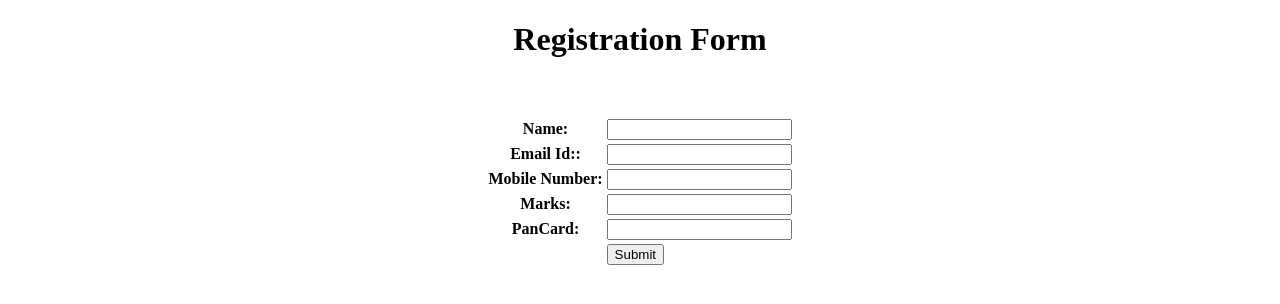
Repository: poojagupta18/Practice-Java
Page: http://localhost/MyOnlineInterviewProcess/RegistrationPortal.jsp
These files come from the project's save history. The page is drawn as it stood at one moment and after the next save; the edit follows.
The browser window is 1280 px wide. The pictures show the whole page.
The page is served by Tomcat 9.

Above is the page before, as saved 2019-12-04 10:50:03.

After the next save:
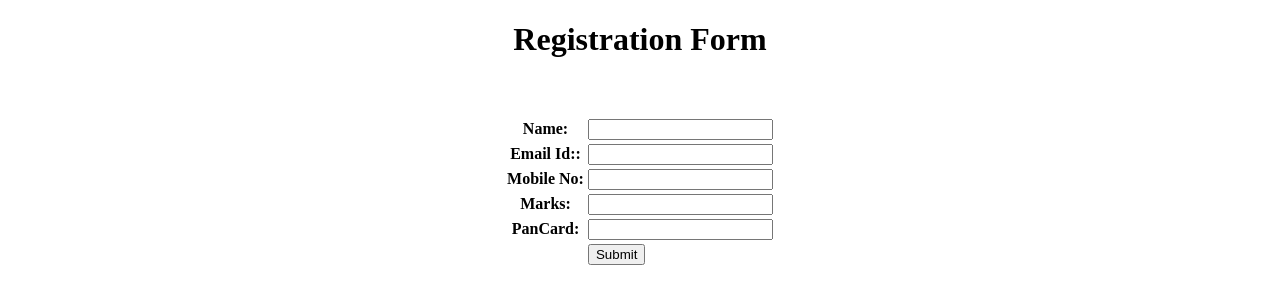
Saved 38 s later.
--- a/java Training/java/Online-Interview-Process/MyOnlineInterviewProcess/WebContent/RegistrationPortal.jsp
+++ b/java Training/java/Online-Interview-Process/MyOnlineInterviewProcess/WebContent/RegistrationPortal.jsp
@@ -25,7 +25,7 @@
 				<td><input type="text" name="email"></td>
 			</tr>
 			<tr>
-				<th>Mobile Number:</th>
+				<th>Mobile No:</th>
 				<td><input type="text" name="mobile"></td>
 			</tr>
 			<tr>
